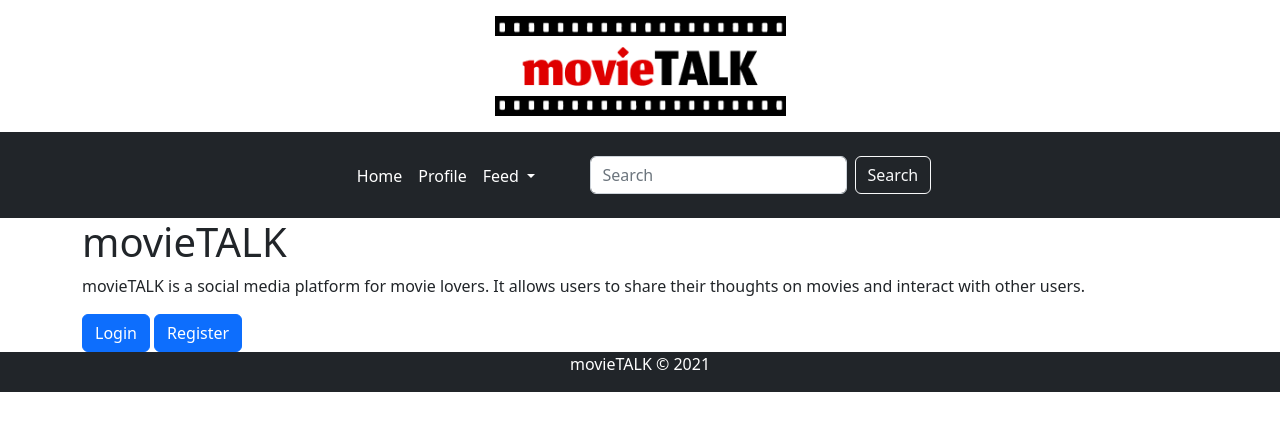
Repository: runeunhjem/css-frameworks-ca
Page: index.html
An editor plug-in stored every save of this project. The page is shown before and after the next save, followed by the edit.
The browser window is 1280 px wide. The pictures show the whole page.
Some web libraries are served in a nearby version. The style sheet was rebuilt from its Sass, Less or Tailwind sources for each picture, by a compiler version that may differ from the author's.

Above is the page before, as saved 2023-08-24 15:25:39.

After the next save:
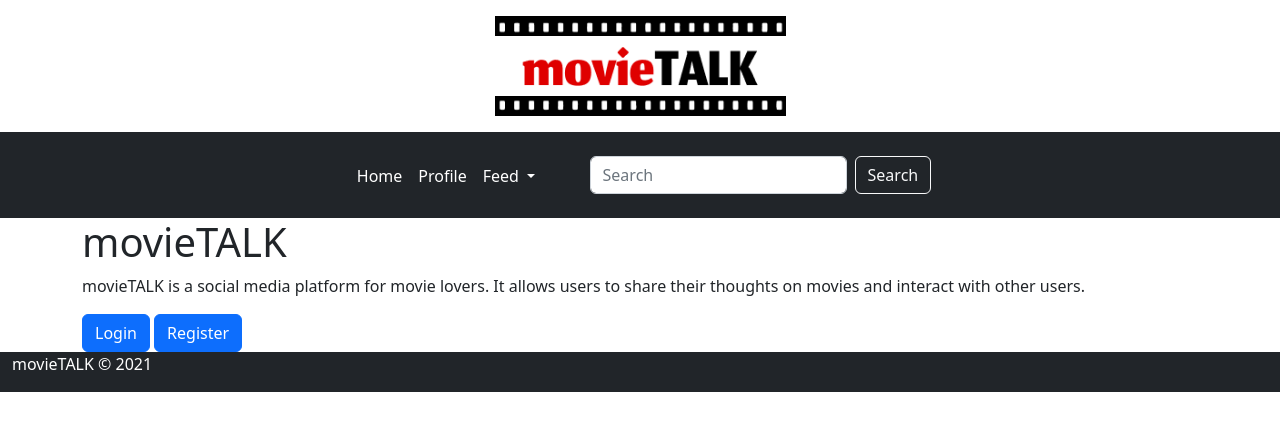
Saved 4 s later.
--- a/index.html
+++ b/index.html
@@ -76,7 +76,7 @@
   <div class="container-fluid bg-dark">
     <div class="row">
       <div class="col">
-        <p class="text-white text-center">movieTALK &copy; 2021</p>
+        <p class="text-white text-center  d-flex align-items-center">movieTALK &copy; 2021</p>
       </div>
     </div>
   </div>

After the save that followed:
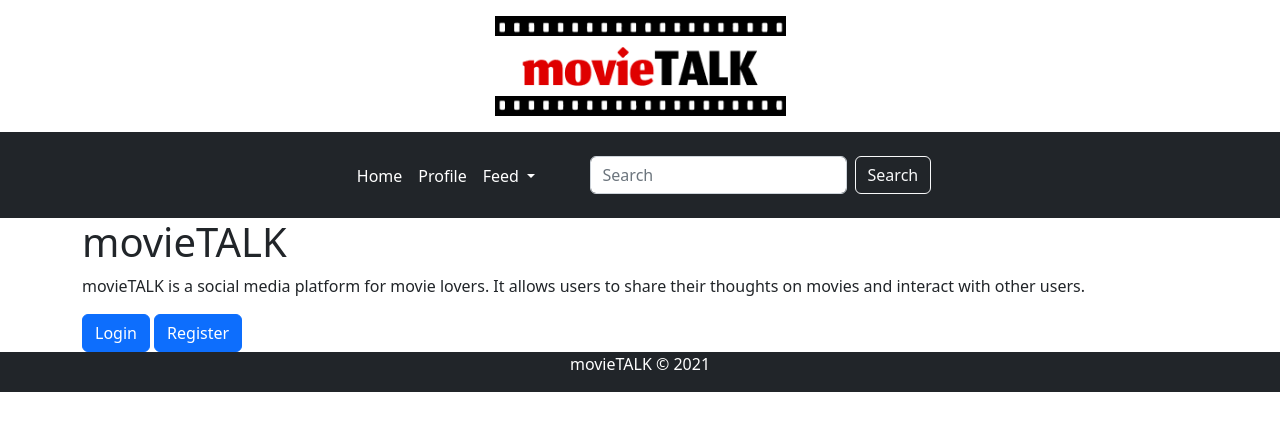
Saved 11 s later.
--- a/index.html
+++ b/index.html
@@ -76,7 +76,7 @@
   <div class="container-fluid bg-dark">
     <div class="row">
       <div class="col">
-        <p class="text-white text-center  d-flex align-items-center">movieTALK &copy; 2021</p>
+        <p class="text-white text-center align-items-center">movieTALK &copy; 2021</p>
       </div>
     </div>
   </div>
